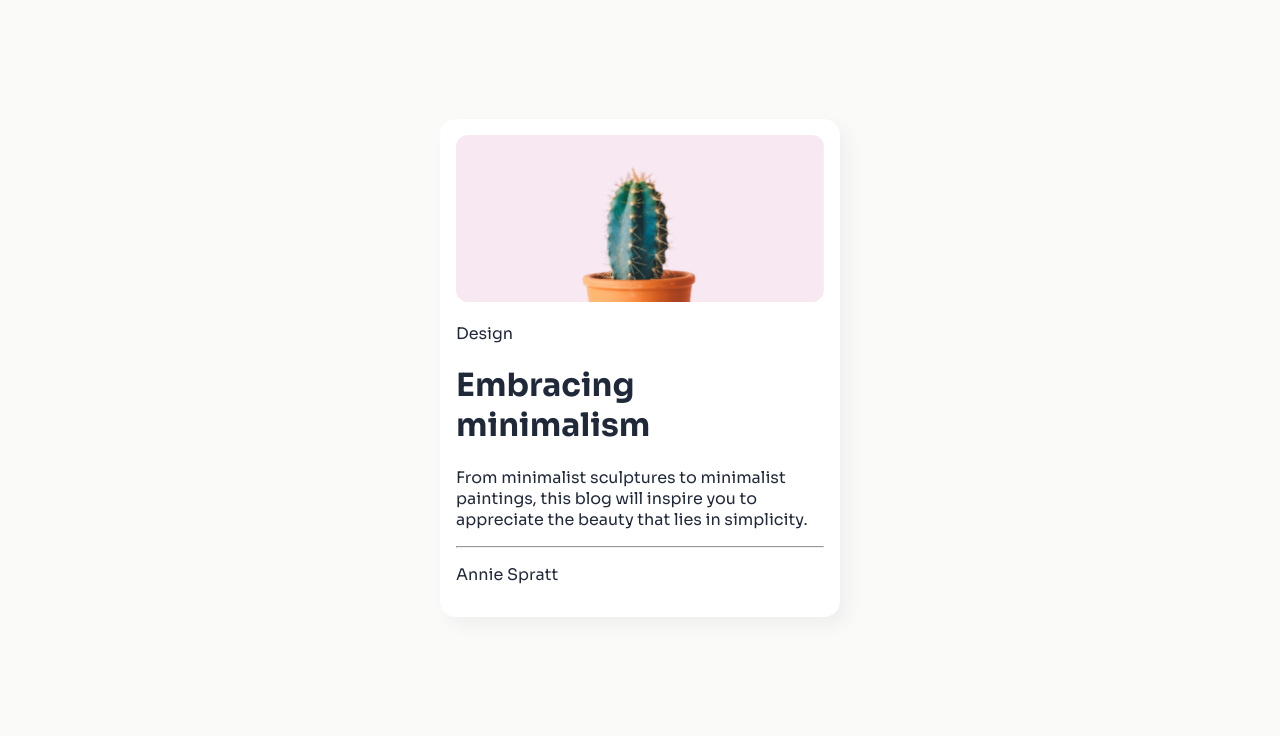
Repository: PCGP22/devChallengesio
Page: 01 - Minimal Blog Card/blogCard.html
An editor plug-in stored every save of this project. The page is shown before and after the next save, followed by the edit.
The browser window is 1280 px wide. The pictures show the whole page.

Above is the page before, as saved 2024-01-01 19:57:37.

After the next save:
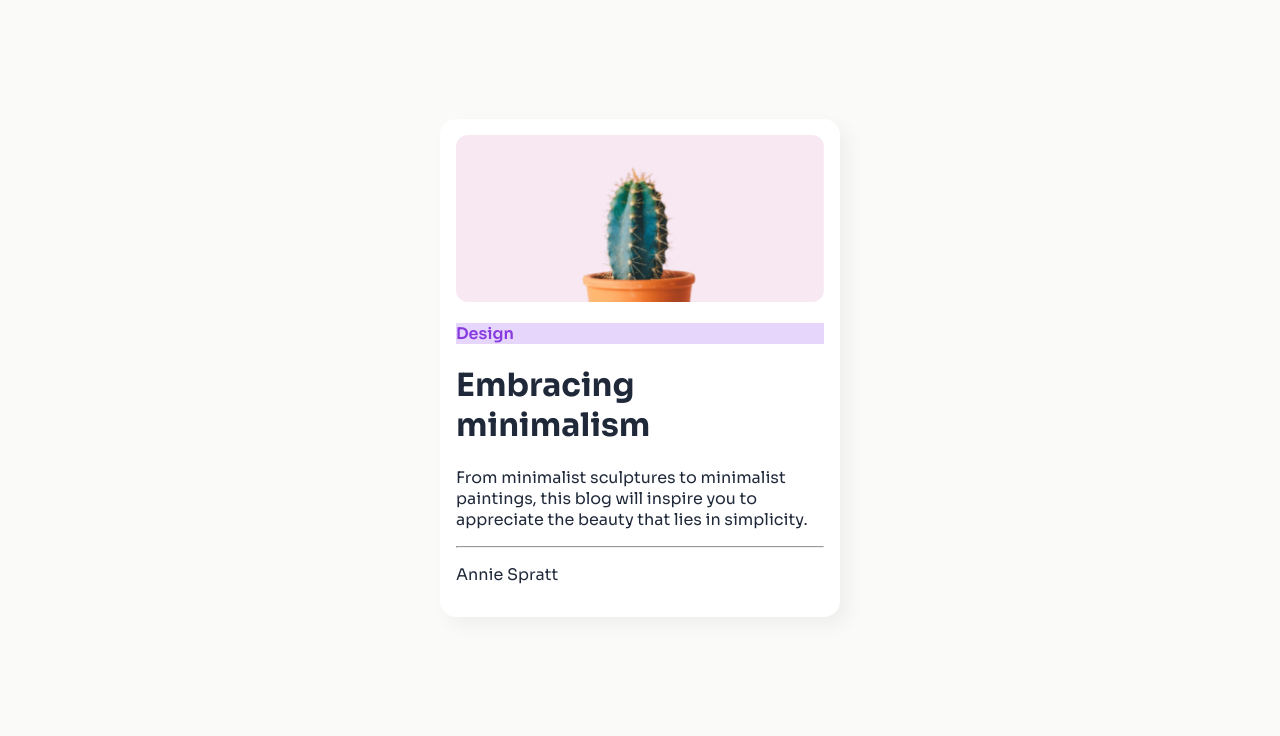
Saved 37 s later.
--- a/01 - Minimal Blog Card/styles.css
+++ b/01 - Minimal Blog Card/styles.css
@@ -35,3 +35,9 @@ body{
     width: 100%;
     border-radius: 12px;
 }
+
+.tag{
+    background-color: var(--purple_background);
+    color: var(--purple_text);
+    font-weight: 600 ;
+}
